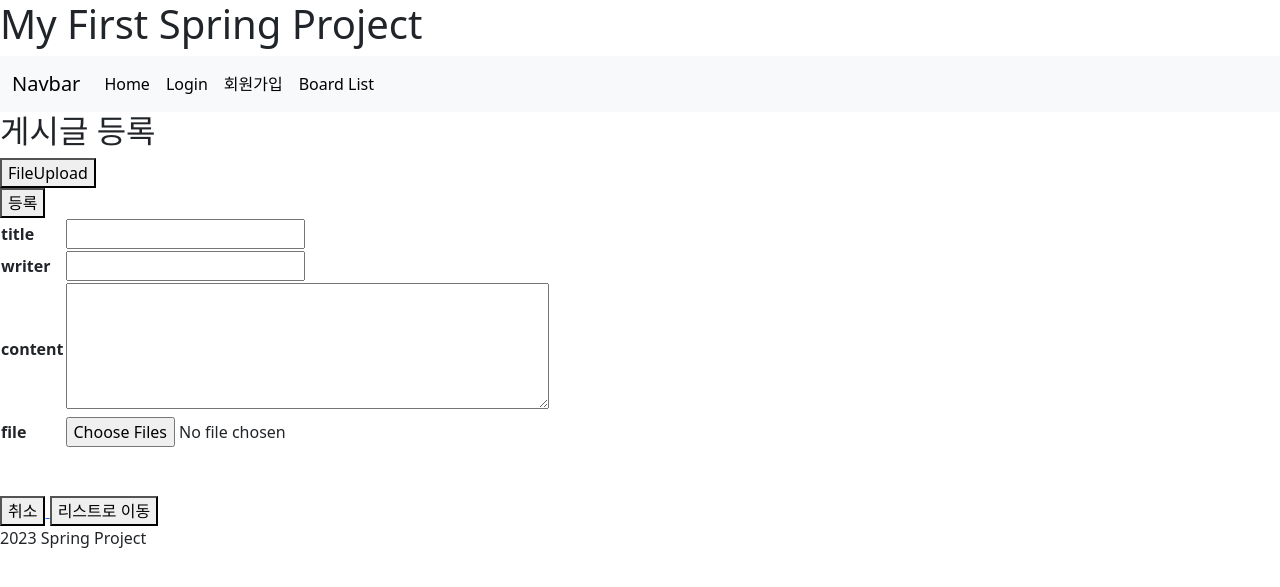
Repository: HongSeungBo/secondspring
Page: http://localhost/spring_test/WEB-INF/views/board/register.jsp
An editor plug-in stored every save of this project. The page is shown before and after the next save, followed by the edit.
The browser window is 1280 px wide. The pictures show the whole page.
The page is served by Tomcat 9. Nobody is signed in. Other server files are loaded and not shown. The template is opened directly, without the code that normally fills it, so the values that code supplies are empty.

Above is the page before, as saved 2023-10-12 07:56:30.

### spring test/src/main/webapp/WEB-INF/views/board/register.jsp
<%@ page language="java" contentType="text/html; charset=UTF-8"
    pageEncoding="UTF-8"%>
   <%@ taglib uri="http://java.sun.com/jsp/jstl/core" prefix="c" %>
<!DOCTYPE html>
<html>
<head>
<meta charset="UTF-8">
<title>Insert title here</title>
</head>
<body>
	<jsp:include page="../layout/header.jsp"></jsp:include>
	<h2>게시글 등록</h2>
	<!-- mapping 상태는 get / post가 별도의 mapping을 가짐 -->
	<form action="/board/register" method="post">
		<table>
			<tr>
				<th>title</th>
				<td>
					<input type="text" name="title">
				</td>
			</tr>
			<tr>
				<th>writer</th>
				<td>
					<input type="text" name="writer" value="${ses.id }" readonly="readonly">
				</td>
			</tr>
			<tr>
				<th>content</th>
				<td>
					<textarea rows="5" cols="50" name="content"></textarea>
				</td>
			</tr>
			<tr>
				<th>file</th>
				<td>
					<input type="file" id="file" name="files" multiple="multiple" style="none">
				</td>
			</tr>
			<button type="button">FileUpload</button><br>
			<button type="submit">등록</button>
		</table>
	</form>
	<br><br>
	<a href="/">
		<button type="button">취소</button>
	</a>
	<a href="/board/list">
		<button type="button">리스트로 이동</button>
	</a>

	<jsp:include page="../layout/footer.jsp"></jsp:include>
</body>
</html>

### spring test/src/main/webapp/WEB-INF/views/layout/header.jsp
<%@ page language="java" contentType="text/html; charset=UTF-8"
    pageEncoding="UTF-8"%>
    <%@ taglib prefix="c" uri="http://java.sun.com/jsp/jstl/core" %>
<!DOCTYPE html>
<html>
<head>
<meta charset="UTF-8">
<title>Insert title here</title>
<link href="https://cdn.jsdelivr.net/npm/bootstrap@5.3.1/dist/css/bootstrap.min.css" rel="stylesheet"
integrity="sha384-4bw+/aepP/YC94hEpVNVgiZdgIC5+VKNBQNGCHeKRQN+PtmoHDEXuppvnDJzQIu9" crossorigin="anonymous">
<script src="https://cdn.jsdelivr.net/npm/bootstrap@5.3.1/dist/js/bootstrap.bundle.min.js"
integrity="sha384-HwwvtgBNo3bZJJLYd8oVXjrBZt8cqVSpeBNS5n7C8IVInixGAoxmnlMuBnhbgrkm" crossorigin="anonymous"></script>
</head>
<body>
<h1> My First Spring Project </h1>
<nav class="navbar navbar-expand-lg bg-body-tertiary">
  <div class="container-fluid">
    <a class="navbar-brand" href="#">Navbar</a>
    <button class="navbar-toggler" type="button" data-bs-toggle="collapse" data-bs-target="#navbarSupportedContent" aria-controls="navbarSupportedContent" aria-expanded="false" aria-label="Toggle navigation">
      <span class="navbar-toggler-icon"></span>
    </button>
    <div class="collapse navbar-collapse" id="navbarSupportedContent">
      <ul class="navbar-nav me-auto mb-2 mb-lg-0">
        <li class="nav-item">
          <a class="nav-link active" aria-current="page" href="/">Home</a>
        </li>
        <c:if test="${ses.id eq null }">
	        <li class="nav-item">
	          <a class="nav-link active" aria-current="page" href="/member/login">Login</a>
	        </li>
        </c:if>
        <c:if test="${ses.id ne null }">
	        <li class="nav-item">
	          <a class="nav-link active" aria-current="page" href="logout">Logout</a>
	        </li>
        </c:if>
        <li class="nav-item">
          <a class="nav-link active" aria-current="page" href="/member/signUp">회원가입</a>
        </li>
        <c:if test="${ses.id ne null }">
	        <li class="nav-item">
	          <a class="nav-link active" aria-current="page" href="/board/register">REG</a>
	        </li>
        </c:if>
        <c:if test="${ses.id ne null }">
	        <li class="nav-item">
	          <a class="nav-link active" aria-current="page" href="/member/modify">회원정보 수정</a>
	        </li>
        </c:if>
        <li class="nav-item">
          <a class="nav-link active" aria-current="page" href="/board/list">Board List</a>
        </li>
        <!-- <li class="nav-item">
          <a class="nav-link" href="#">Link</a>
        </li>
        <li class="nav-item dropdown">
          <a class="nav-link dropdown-toggle" href="#" role="button" data-bs-toggle="dropdown" aria-expanded="false">
            Dropdown
          </a>
          <ul class="dropdown-menu">
            <li><a class="dropdown-item" href="#">Action</a></li>
            <li><a class="dropdown-item" href="#">Another action</a></li>
            <li><hr class="dropdown-divider"></li>
            <li><a class="dropdown-item" href="#">Something else here</a></li>
          </ul>
        </li>
        <li class="nav-item">
          <a class="nav-link disabled" aria-disabled="true">Disabled</a>
        </li>
      </ul>
      <form class="d-flex" role="search">
        <input class="form-control me-2" type="search" placeholder="Search" aria-label="Search">
        <button class="btn btn-outline-success" type="submit">Search</button> -->
      </form>
    </div>
  </div>
</nav>

### spring test/src/main/webapp/WEB-INF/views/layout/footer.jsp
<%@ page language="java" contentType="text/html; charset=UTF-8"
    pageEncoding="UTF-8"%>
<!DOCTYPE html>
<html>
<head>
<meta charset="UTF-8">
<title>Insert title here</title>
</head>
<body>
<div> 2023 Spring Project </div>
</body>
</html>

After the next save:
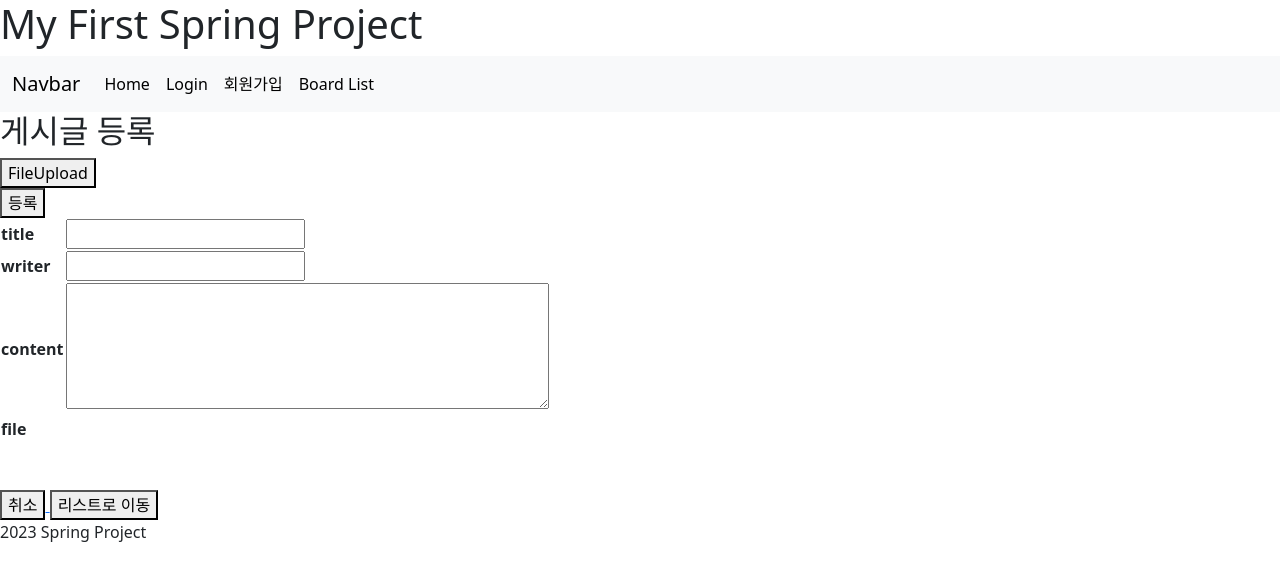
Saved 14 s later.
--- a/spring test/src/main/webapp/WEB-INF/views/board/register.jsp
+++ b/spring test/src/main/webapp/WEB-INF/views/board/register.jsp
@@ -34,7 +34,7 @@
 			<tr>
 				<th>file</th>
 				<td>
-					<input type="file" id="file" name="files" multiple="multiple" style="none">
+					<input type="file" id="file" name="files" multiple="multiple" style="display:none">
 				</td>
 			</tr>
 			<button type="button">FileUpload</button><br>
